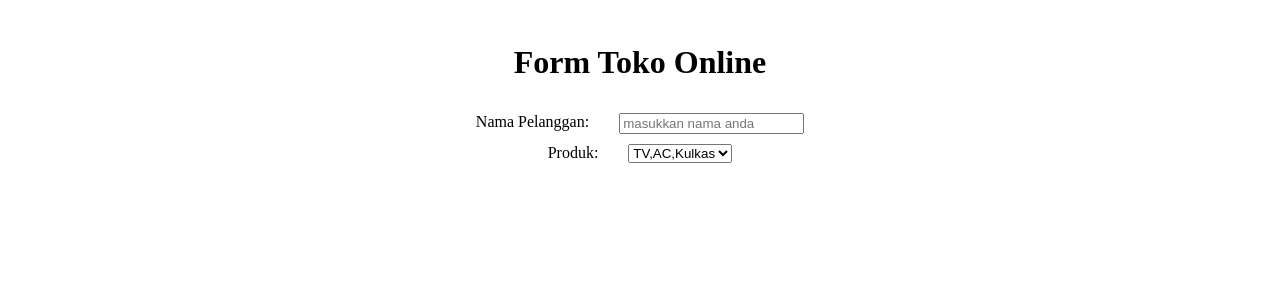
Repository: AHSANS354/Tugas-MSIB-5-GitHub
Page: tugasper4js.html
The author's editor kept a copy of each file at every save. The page is drawn from the files as they stood at one save, then again after the next save.
The browser window is 1280 px wide. The pictures show the whole page.

Above is the page before, as saved 2023-09-11 14:56:56.

After the next save:
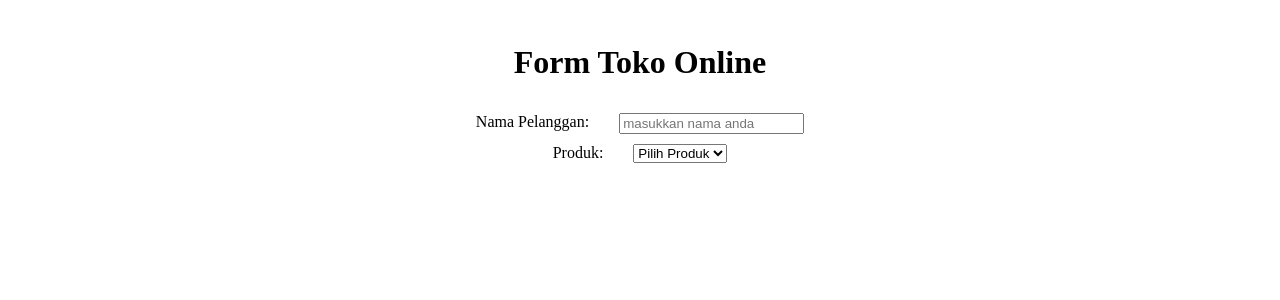
Console error: SyntaxError: Unexpected token '{'
Saved 98 s later.
--- a/main.js
+++ b/main.js
@@ -16,5 +16,7 @@
       break;
   }
 
-  document.getElementById("produk").innerHTML = produk;
+  document.getElementById("produk"){
+    document.write(`<option>${produk}</option>`)
+  }
 }

After the 4 saves that followed:
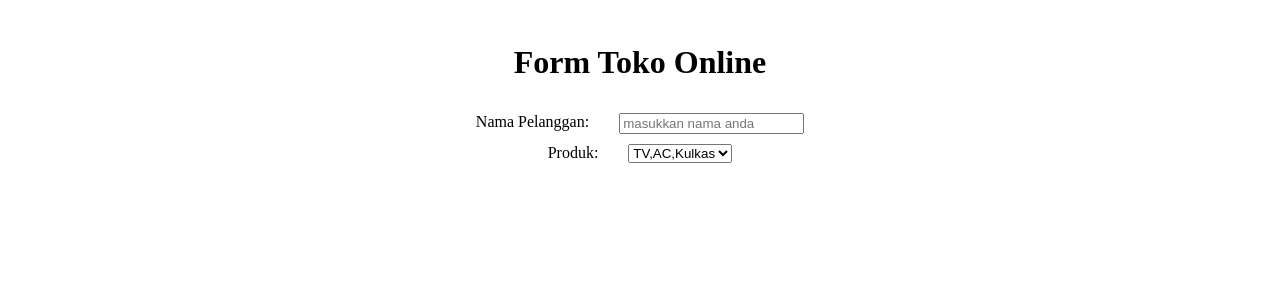
The error is gone.
The 4 saves are shown as one change because 3 left the picture as it was.
The last was saved 6 min 59 s later.
--- a/tugasper4js.html
+++ b/tugasper4js.html
@@ -39,6 +39,9 @@
             <label for="">Produk: </label>
             <select name="produk">
               <option value="" id="produk">Pilih Produk</option>
+              <option value="" id="produk"></option>
+              <option value="" id="produk">Pilih Produk</option>
+              <option value="" id="produk">Pilih Produk</option>
             </select>
           </div>
         </div>
--- a/main.js
+++ b/main.js
@@ -16,7 +16,5 @@
       break;
   }
 
-  document.getElementById("produk"){
-    document.write(`<option>${produk}</option>`)
-  }
+  document.getElementById("produk").innerHTML = produk;
 }
